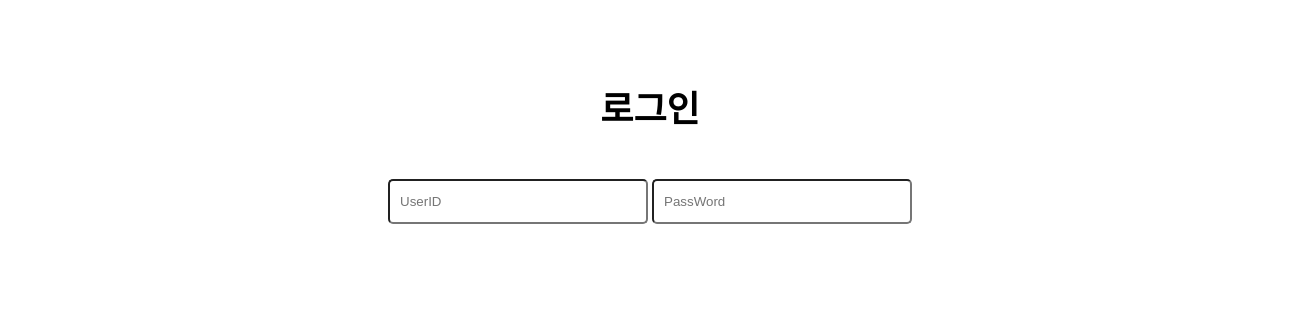
Repository: yl9517/2021.08.10_MONGNYANG_JSP
Page: http://localhost/mongNyang/user/login.jsp
An editor plug-in stored every save of this project. The page is shown before and after the next save, followed by the edit.
The browser window is 1280 px wide. The page is 1300 px wide, so the pictures cover 1300 px, including what lies to the right of the window. The pictures show the whole page.
The page is served by Tomcat 9.

Above is the page before, as saved 2021-08-14 02:03:41.

After the next save:
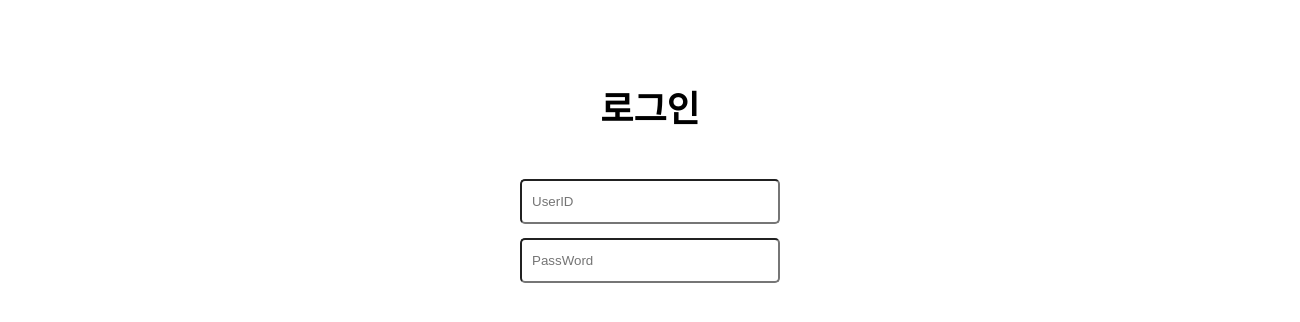
Saved 51 s later.
--- a/mongNyang/WebContent/user/login.jsp
+++ b/mongNyang/WebContent/user/login.jsp
@@ -11,7 +11,7 @@
 	<div id="log_wrap">
 		<h2>로그인</h2>
 		<form method="post" action="#">
-			<input type="text" id="id" name="id" placeholder="UserID">
+			<input type="text" id="id" name="id" placeholder="UserID"> <br>
 			<input type="password" id="pwd" name="pwd" placeholder="PassWord">
 		</form>
 	</div>
